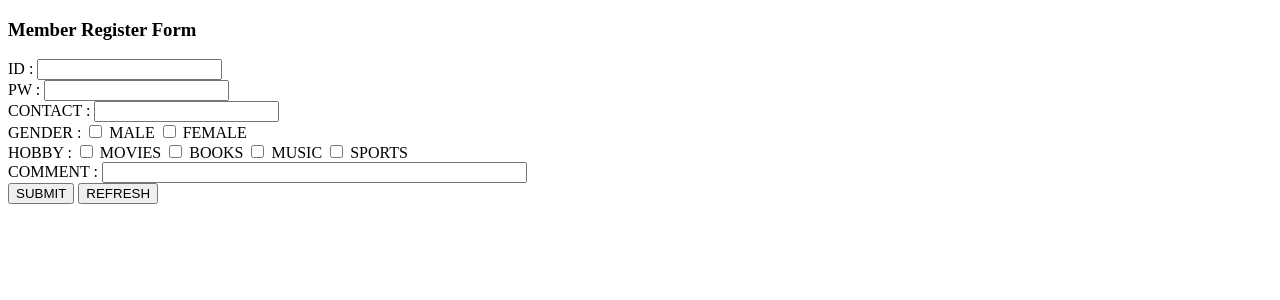
Repository: yeobleeme/06_jsp_basic
Page: http://localhost/jsp01_basic/exercise/jsp_member_register.jsp
An editor plug-in stored every save of this project. The page is shown before and after the next save, followed by the edit.
The browser window is 1280 px wide. The pictures show the whole page.
The page is served by Tomcat 9. Nobody is signed in. The application's start-up code is not run. Other server files are loaded and not shown.

Above is the page before, as saved 2023-05-10 08:12:07.

### jsp01_basic/WebContent/exercise/jsp_member_register.jsp
<%@page language="java" contentType="text/html; charset=UTF-8" pageEncoding="UTF-8"%>
<!DOCTYPE html>
<html>
<head>
<meta charset="UTF-8">
<title>Insert title here</title>
</head>
<body>

	<h3>Member Register Form</h3>

	<form action="jsp_member_process.jsp" method="post">
		ID      : <input type="text" name="id" size="20"><br>
		PW      : <input type="password" name="pw" size="20"><br>
		CONTACT : <input type="text" name="contact" size="20"><br>
		GENDER  : <input type="checkbox" name="gender"> MALE
			      <input type="checkbox" name="gender"> FEMALE<br>
		HOBBY   : <input type="checkbox" name="hobbies"> MOVIES
			      <input type="checkbox" name="hobbies"> BOOKS
			      <input type="checkbox" name="hobbies"> MUSIC
			      <input type="checkbox" name="hobbies"> SPORTS<br>
		COMMENT : <input type="textarea" name="comment" size="50" value=""> <br>

		<input type="submit" value="SUBMIT">
		<a href="jsp_member_register.jsp"></a>
		<input type="button" value="REFRESH">

	</form>

</body>
</html>

After the next save:
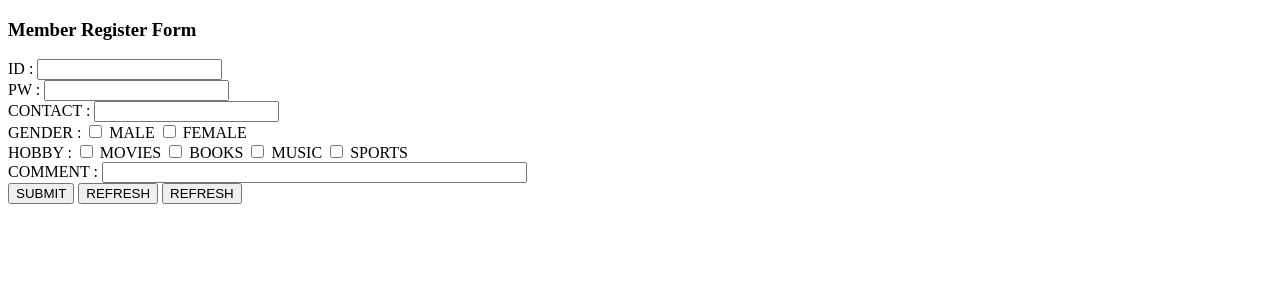
Saved 5 s later.
--- a/jsp01_basic/WebContent/exercise/jsp_member_register.jsp
+++ b/jsp01_basic/WebContent/exercise/jsp_member_register.jsp
@@ -22,7 +22,7 @@
 		COMMENT : <input type="textarea" name="comment" size="50" value=""> <br>
 
 		<input type="submit" value="SUBMIT">
-		<a href="jsp_member_register.jsp"></a>
+		<a href="jsp_member_register.jsp"><input type="button" value="REFRESH"></a>
 		<input type="button" value="REFRESH">
 
 	</form>

After the save that followed:
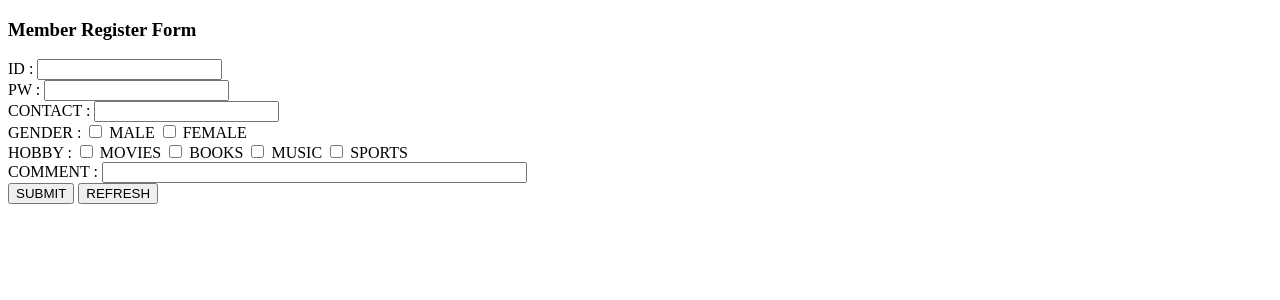
Saved 5 s later.
--- a/jsp01_basic/WebContent/exercise/jsp_member_register.jsp
+++ b/jsp01_basic/WebContent/exercise/jsp_member_register.jsp
@@ -23,7 +23,7 @@
 
 		<input type="submit" value="SUBMIT">
 		<a href="jsp_member_register.jsp"><input type="button" value="REFRESH"></a>
-		<input type="button" value="REFRESH">
+
 
 	</form>
 
